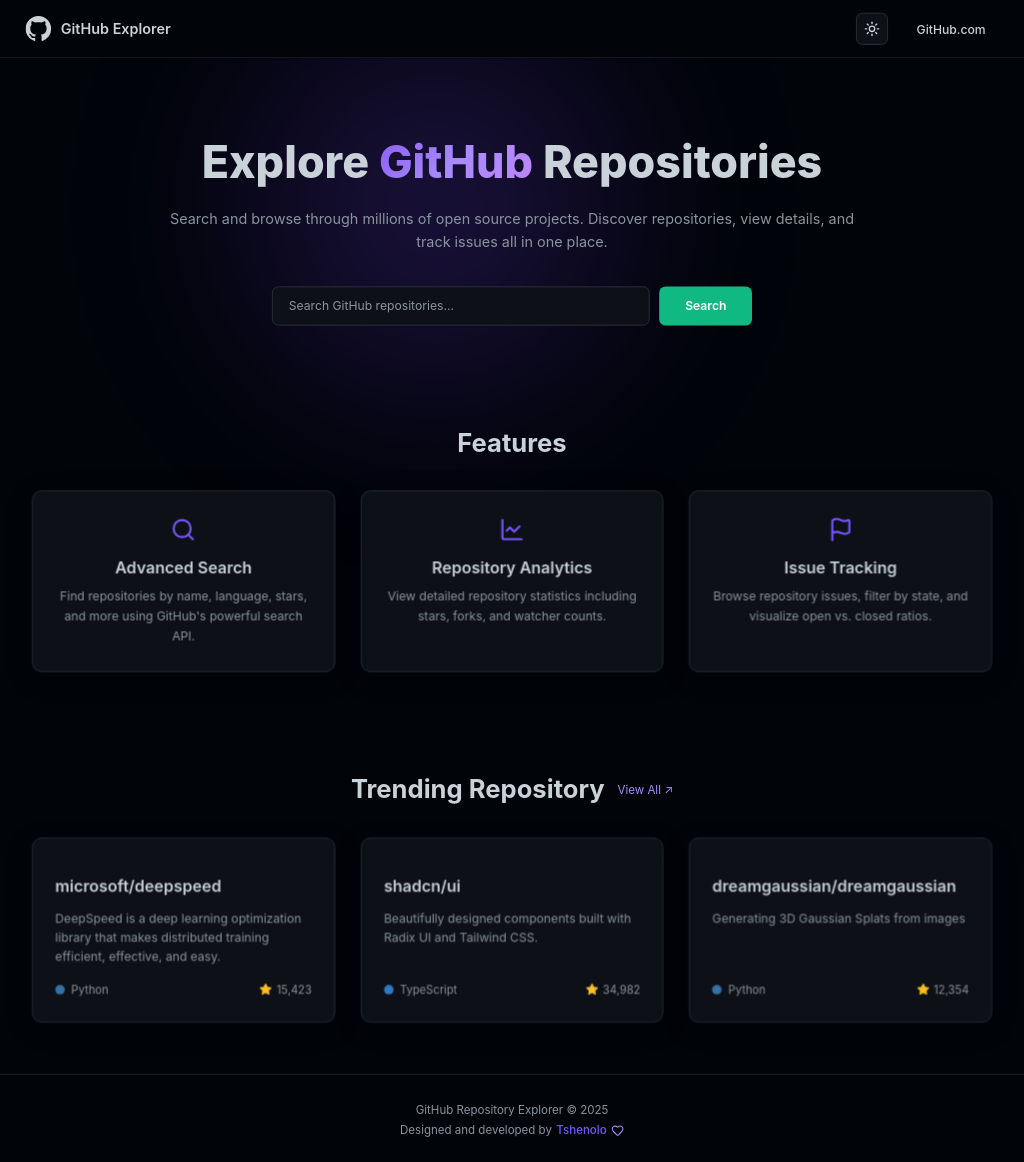
Repository: Tshenolo1994/username-repo
Page: /
An editor plug-in stored every save of this project. The page is shown before and after the next save, followed by the edit.
The browser window is 1280 px wide. The pictures show the whole page, at 80% of full size.
The project was rebuilt for these pictures with package versions that can differ from the ones it lists, and the page was loaded fresh each time. Also part of the build but not shown: vite.config.ts, src/views/RepoView.vue.

Above is the page before, as saved 2025-10-27 01:27:02.

### index.html
<!doctype html>
<html lang="en">
  <head>
    <meta charset="UTF-8" />
    <link rel="icon" type="image/svg+xml" href="/vite.svg" />
    <meta name="viewport" content="width=device-width, initial-scale=1.0" />
    <title>commit-explorer</title>
  </head>
  <body>
    <div id="app"></div>
    <script type="module" src="/src/main.ts"></script>
  </body>
</html>

### src/main.ts
import { createApp } from 'vue'
import { createPinia } from 'pinia'
import App from './App.vue'
import router from './router'
import './styles/theme.css'

createApp(App)
  .use(createPinia())
  .use(router)
  .mount('#app')

### src/App.vue
<!-- App.vue or Layout.vue -->
<script setup>
import Header from '@/components/Header.vue';
import Footer from '@/components/Footer.vue';
</script>

<template>
  <div id="app">
    <Header />
    <main>
      <router-view />
    </main>
    <Footer />
  </div>
</template>

### src/router/index.ts
import { createRouter, createWebHistory } from 'vue-router'
import HomeView from '@/views/HomeView.vue'
import RepoView from '@/views/RepoView.vue'

const router = createRouter({
  history: createWebHistory(),
  routes: [
    { path: '/', name: 'home', component: HomeView },
    { path: '/repos/:username', name: 'repos', component: RepoView, props: true },
  ],
  scrollBehavior: () => ({ top: 0 }),
})

export default router

### src/styles/theme.css
:root {
    /* Dark theme (default) */
    --bg: #010409;
    --bg-elev: #0d1117;
    --border: #30363d;
    --text: #c9d1d9;
    --muted: #8b949e;
    --button-bg: #161b22;
    --button-accent: #3fb950;
    --link: #7656FE;
    --error-text: #ff7b72;
    --error-bg: rgba(248, 81, 73, 0.1);
    --empty-state-bg: rgba(13, 17, 23, 0.5);
  }

  html, body, #app {
    margin: 0;
    padding: 0;
    background: var(--bg);
    color: var(--text);
    font-family: 'Inter', system-ui, -apple-system, BlinkMacSystemFont, 'Segoe UI', sans-serif;
    transition: background 0.3s ease, color 0.3s ease;
  }

  * {
    box-sizing: border-box;
  }

  h1, h2, h3, h4, h5, h6 {
    line-height: 1.2;
    margin: 0;
  }

  p {
    margin: 0.25rem 0 0;
  }

  a {
    color: var(--link);
    text-decoration: none;
  }

  button {
    font-family: inherit;
    border: none;
    outline: none;
  }

  input, textarea, select {
    font-family: inherit;
  }

  .card {
    background: var(--bg-elev);
    border: 1px solid var(--border);
    border-radius: 0.75rem;
    padding: 1rem;
    box-shadow: 0 1px 2px rgba(0, 0, 0, 0.15);
  }

### src/components/Header.vue
<script setup lang="ts">
import { Sun, Moon } from 'lucide-vue-next';
import { useTheme } from '@/composables/useTheme';

const { isDark, toggleTheme } = useTheme();
</script>

<template>
  <header class="header">
    <div class="header-content">
      <div class="logo">
        <svg width="32" height="32" viewBox="0 0 16 16" fill="currentColor">
          <path d="M8 0C3.58 0 0 3.58 0 8c0 3.54 2.29 6.53 5.47 7.59.4.07.55-.17.55-.38 0-.19-.01-.82-.01-1.49-2.01.37-2.53-.49-2.69-.94-.09-.23-.48-.94-.82-1.13-.28-.15-.68-.52-.01-.53.63-.01 1.08.58 1.23.82.72 1.21 1.87.87 2.33.66.07-.52.28-.87.51-1.07-1.78-.2-3.64-.89-3.64-3.95 0-.87.31-1.59.82-2.15-.08-.2-.36-1.02.08-2.12 0 0 .67-.21 2.2.82.64-.18 1.32-.27 2-.27.68 0 1.36.09 2 .27 1.53-1.04 2.2-.82 2.2-.82.44 1.1.16 1.92.08 2.12.51.56.82 1.27.82 2.15 0 3.07-1.87 3.75-3.65 3.95.29.25.54.73.54 1.48 0 1.07-.01 1.93-.01 2.2 0 .21.15.46.55.38A8.013 8.013 0 0016 8c0-4.42-3.58-8-8-8z"/>
        </svg>
        <span class="logo-text">GitHub Explorer</span>
      </div>

      <nav class="nav">
        <button @click="toggleTheme" class="theme-toggle" :aria-label="isDark ? 'Switch to light mode' : 'Switch to dark mode'">
          <Sun v-if="isDark" :size="20" />
          <Moon v-else :size="20" />
        </button>
        <a href="https://github.com" target="_blank" rel="noreferrer" class="github-link">
          GitHub.com
        </a>
      </nav>
    </div>
  </header>
</template>

<style scoped>
.header {
  background: var(--bg);
  border-bottom: 1px solid var(--border);
  padding: 1rem 2rem;
  position: sticky;
  top: 0;
  z-index: 100;
  backdrop-filter: blur(8px);
  transition: background 0.3s, border-color 0.3s;
}

.header-content {
  max-width: 1400px;
  margin: 0 auto;
  display: flex;
  justify-content: space-between;
  align-items: center;
}

.logo {
  display: flex;
  align-items: center;
  gap: 0.75rem;
  color: var(--text);
  font-weight: 600;
  font-size: 1.125rem;
  cursor: pointer;
  transition: color 0.2s;
}

.logo:hover {
  color: var(--link);
}

.logo svg {
  flex-shrink: 0;
}

.logo-text {
  font-weight: 600;
}

.nav {
  display: flex;
  align-items: center;
  gap: 1.25rem;
}

.theme-toggle {
  background: var(--bg-elev);
  border: 1px solid var(--border);
  border-radius: 8px;
  width: 40px;
  height: 40px;
  display: flex;
  align-items: center;
  justify-content: center;
  cursor: pointer;
  color: var(--text);
  transition: all 0.2s;
}

.theme-toggle:hover {
  background: var(--border);
  transform: rotate(15deg);
}

.github-link {
  color: var(--text);
  text-decoration: none;
  font-size: 0.95rem;
  font-weight: 500;
  padding: 0.5rem 1rem;
  border-radius: 6px;
  transition: all 0.2s;
}

.github-link:hover {
  color: var(--link);
  background: var(--bg-elev);
}

@media (max-width: 640px) {
  .header {
    padding: 1rem;
  }

  .logo-text {
    display: none;
  }
}
</style>

### src/components/Footer.vue
<script setup lang="ts">
import { Heart } from 'lucide-vue-next';

const currentYear = new Date().getFullYear();
</script>

<template>
  <footer class="footer">
    <div class="footer-content">
      <p class="footer-text">
        GitHub Repository Explorer © {{ currentYear }}
      </p>
      <p class="footer-credits">
        Designed and developed by <a href="#" class="footer-link">Tshenolo</a>
        <Heart :size="16" class="heart-icon" />
      </p>
    </div>
  </footer>
</template>

<style scoped>
.footer {
  background: var(--bg);
  border-top: 1px solid var(--border);
  padding: 2rem;
  margin-top: auto;
  transition: background 0.3s, border-color 0.3s;
}

.footer-content {
  max-width: 1400px;
  margin: 0 auto;
  text-align: center;
}

.footer-text {
  color: var(--muted);
  font-size: 0.9rem;
  margin-bottom: 0.5rem;
}

.footer-credits {
  color: var(--muted);
  font-size: 0.9rem;
  margin: 0;
  display: flex;
  align-items: center;
  justify-content: center;
  gap: 0.35rem;
}

.heart-icon {
  color: #a78bfa;
  fill: none;
}

.footer-link {
  color: var(--link);
  text-decoration: none;
  font-weight: 500;
  transition: opacity 0.2s;
}

.footer-link:hover {
  opacity: 0.8;
}

@media (max-width: 640px) {
  .footer {
    padding: 1.5rem 1rem;
  }

  .footer-text,
  .footer-credits {
    font-size: 0.85rem;
  }
}
</style>

### src/views/HomeView.vue
<script setup lang="ts">
import { ref } from "vue";
import { useRouter } from "vue-router";
import { Search, LineChart, Flag } from "lucide-vue-next";

// features data
const features = ref([
  {
    id: 1,
    icon: Search,
    title: "Advanced Search",
    description: "Find repositories by name, language, stars, and more using GitHub's powerful search API.",
  },
  {
    id: 2,
    icon: LineChart,
    title: "Repository Analytics",
    description: "View detailed repository statistics including stars, forks, and watcher counts.",
  },
  {
    id: 3,
    icon: Flag,
    title: "Issue Tracking",
    description: "Browse repository issues, filter by state, and visualize open vs. closed ratios.",
  },
]);

// sample trending repos
const trendingRepos = ref([
  {
    id: 1,
    name: "microsoft/deepspeed",
    stars: 15423,
    description:
      "DeepSpeed is a deep learning optimization library that makes distributed training efficient, effective, and easy.",
    language: "Python",
  },
  {
    id: 2,
    name: "shadcn/ui",
    stars: 34982,
    description:
      "Beautifully designed components built with Radix UI and Tailwind CSS.",
    language: "TypeScript",
  },
  {
    id: 3,
    name: "dreamgaussian/dreamgaussian",
    stars: 12354,
    description: "Generating 3D Gaussian Splats from images",
    language: "Python",
  },
]);

const router = useRouter();
const username = ref("");

function search() {
  if (username.value.trim()) {
    router.push(`/repos/${username.value.trim()}`);
  }
}

function getLangColor(lang: string): string {
  const colors: Record<string, string> = {
    JavaScript: "#f1e05a",
    TypeScript: "#3178c6",
    Python: "#3572A5",
    Java: "#b07219",
    Go: "#00ADD8",
    Ruby: "#701516",
  };
  return colors[lang] || "#6e7681";
}
</script>

<template>
  <div class="home-page">
    <div class="gradient-ball"></div>

    <!-- Hero Section -->
    <section class="hero">
      <div class="hero-content">
        <h1 class="hero-title">
          Explore <span class="gradient-text">GitHub</span> Repositories
        </h1>
        <p class="hero-sub">
          Search and browse through millions of open source projects. Discover
          repositories, view details, and track issues all in one place.
        </p>

        <div class="search-box">
          <input
            v-model="username"
            placeholder="Search GitHub repositories..."
            class="search-input"
          />
          <button @click="search" class="search-btn">Search</button>
        </div>
      </div>
    </section>

    <!-- Features -->
    <section class="section">
      <div class="section-header">
        <h2>Features</h2>
      </div>

      <div class="grid">
        <div
          v-for="feature in features"
          :key="feature.id"
          class="card glass"
        >
          <component :is="feature.icon" class="icon" :size="32" />
          <h3>{{ feature.title }}</h3>
          <p>{{ feature.description }}</p>
        </div>
      </div>
    </section>

    <!-- Trending -->
    <section class="section">
      <div class="section-header">
        <h2>Trending Repository</h2>
        <a
          href="https://github.com/trending"
          target="_blank"
          rel="noreferrer"
          class="view-all"
        >
          View All ↗
        </a>
      </div>

      <div class="grid">
        <div
          v-for="repo in trendingRepos"
          :key="repo.id"
          class="card glass repo-card"
        >
          <h3 class="repo-name">{{ repo.name }}</h3>
          <p class="repo-desc">{{ repo.description }}</p>
          <div class="repo-meta">
            <div class="lang">
              <span
                class="dot"
                :style="{ backgroundColor: getLangColor(repo.language) }"
              ></span>
              <span>{{ repo.language }}</span>
            </div>
            <div class="stars">
              <svg
                class="star"
                fill="currentColor"
                viewBox="0 0 16 16"
              >
                <path
                  d="M8 .25a.75.75 0 01.673.418l1.882 3.815 4.21.612a.75.75 0 01.416 1.279l-3.046 2.97.719 4.192a.75.75 0 01-1.088.791L8 12.347l-3.766 1.98a.75.75 0 01-1.088-.79l.72-4.194L.818 6.374a.75.75 0 01.416-1.28l4.21-.611L7.327.668A.75.75 0 018 .25z"
                />
              </svg>
              {{ repo.stars.toLocaleString() }}
            </div>
          </div>
        </div>
      </div>
    </section>
  </div>
</template>

<style scoped>
.home-page {
  background: var(--bg);
  color: var(--text);
  min-height: 100vh;
  width: 100%;
  overflow-x: hidden;
  position: relative;
  transition: background 0.3s, color 0.3s;
}

.gradient-ball {
  position: absolute;
  top: -100px;
  left: 50%;
  transform: translateX(-50%);
  width: 600px;
  height: 600px;
  border-radius: 50%;
  background: radial-gradient(circle at center, var(--link) 0%, rgba(124, 58, 237, 0.6) 30%, transparent 70%);
  opacity: 0.3;
  filter: blur(100px);
  z-index: 0;
  animation: float 15s ease-in-out infinite;
  transition: background 0.3s;
}

@keyframes float {
  0% {
    transform: translate(-50%, 0) scale(1);
  }
  25% {
    transform: translate(-80%, -40px) scale(1.2);
  }
  50% {
    transform: translate(-20%, 80px) scale(0.85);
  }
  75% {
    transform: translate(-70%, 30px) scale(1.15);
  }
  100% {
    transform: translate(-50%, 0) scale(1);
  }
}

/* Hero Section */
.hero {
  padding: 6rem 2rem 4rem;
  position: relative;
  z-index: 10;
}

.hero-content {
  max-width: 900px;
  margin: 0 auto;
  text-align: center;
}

.hero-title {
  font-size: 3.5rem;
  font-weight: 800;
  margin-bottom: 1.5rem;
  line-height: 1.2;
}

.gradient-text {
  background: linear-gradient(135deg, #8b5cf6 0%, #a78bfa 50%, #c084fc 100%);
  -webkit-background-clip: text;
  -webkit-text-fill-color: transparent;
  background-clip: text;
}

.hero-sub {
  color: var(--muted);
  font-size: 1.125rem;
  margin-bottom: 2.5rem;
  line-height: 1.6;
}

.search-box {
  display: flex;
  justify-content: center;
  gap: 0.75rem;
  max-width: 600px;
  margin: 0 auto;
}

.search-input {
  padding: 0.875rem 1.25rem;
  border-radius: 8px;
  flex: 1;
  background: var(--bg-elev);
  color: var(--text);
  border: 1px solid var(--border);
  font-size: 0.95rem;
  transition: all 0.2s;
}

.search-input:focus {
  outline: none;
  border-color: var(--link);
  background: var(--bg-elev);
}

.search-input::placeholder {
  color: var(--muted);
}

.search-btn {
  background: #10b981;
  color: white;
  padding: 0.875rem 2rem;
  border-radius: 8px;
  font-weight: 600;
  cursor: pointer;
  border: none;
  font-size: 0.95rem;
  transition: all 0.2s;
}

.search-btn:hover {
  background: #059669;
  transform: translateY(-1px);
}

/* Shared Section Styling */
.section {
  padding: 4rem 2rem;
  position: relative;
  z-index: 10;
}

.section-header {
  display: flex;
  align-items: center;
  justify-content: center;
  gap: 1rem;
  margin-bottom: 2.5rem;
}

.section-header h2 {
  font-size: 2rem;
  font-weight: 700;
  color: var(--text);
}

.view-all {
  color: #a78bfa;
  font-size: 0.9rem;
  text-decoration: none;
  display: flex;
  align-items: center;
  gap: 0.25rem;
  transition: all 0.2s;
}

.view-all:hover {
  color: #c084fc;
  transform: translateX(2px);
}

/* Grid + Cards */
.grid {
  display: grid;
  grid-template-columns: repeat(3, 1fr);
  gap: 2rem;
  max-width: 1200px;
  margin: 0 auto;
}

@media (max-width: 980px) {
  .grid {
    grid-template-columns: 1fr;
  }
  .hero-title {
    font-size: 2.5rem;
  }
}

.card {
  padding: 2rem 1.75rem;
  border-radius: 12px;
  text-align: center;
  transition: all 0.3s ease;
}

.card:hover {
  transform: translateY(-6px);
}

/* Glass look */
.glass {
  background: var(--bg-elev);
  border: 1px solid var(--border);
  backdrop-filter: blur(12px);
  box-shadow: 0 8px 32px rgba(0, 0, 0, 0.3);
}

.card h3 {
  font-size: 1.25rem;
  font-weight: 600;
  margin: 1rem 0 0.75rem;
  color: var(--text);
}

.card p {
  color: var(--muted);
  font-size: 0.95rem;
  line-height: 1.6;
}

.icon {
  color: var(--link);
  margin: 0 auto;
}

/* Trending Repo cards */
.repo-card {
  text-align: left;
  display: flex;
  flex-direction: column;
}

.repo-name {
  color: var(--link);
  font-weight: 600;
  font-size: 1.1rem;
  margin: 0 0 0.75rem 0;
  transition: color 0.2s;
  min-height: 1.5rem;
}

.repo-card:hover .repo-name {
  color: var(--link);
  opacity: 0.8;
}

.repo-desc {
  color: var(--muted);
  font-size: 0.9rem;
  margin-bottom: 1.25rem;
  line-height: 1.5;
  flex: 1;
  min-height: 3rem;
}

.repo-meta {
  display: flex;
  justify-content: space-between;
  align-items: center;
  font-size: 0.875rem;
  color: var(--muted);
  margin-top: auto;
}

.lang {
  display: flex;
  align-items: center;
}

.dot {
  display: inline-block;
  width: 12px;
  height: 12px;
  border-radius: 50%;
  margin-right: 0.5rem;
}

.stars {
  display: flex;
  align-items: center;
  gap: 0.35rem;
}

.star {
  width: 16px;
  height: 16px;
  color: #fbbf24;
}
</style>

### src/composables/useTheme.ts
import { ref, onMounted, watch } from 'vue';

export const darkTheme = {
  background: '#010409',
  surface: '#0d1117',
  border: '#30363d',
  text: '#c9d1d9',
  secondaryText: '#8b949e',
  buttonBg: '#161b22',
  buttonAccent: '#3fb950',
  linkColor: '#7656FE',
  errorText: '#ff7b72',
  errorBackground: 'rgba(248, 81, 73, 0.1)',
  emptyStateBackground: 'rgba(13, 17, 23, 0.5)',
};

export const lightTheme = {
  background: '#f6f6f6',
  surface: '#fbfefb',
  border: '#d0d7de',
  text: '#24292f',
  secondaryText: '#57606a',
  buttonBg: '#f6f8fa',
  buttonAccent: '#3fb950',
  linkColor: '#7656FE',
  errorText: '#cf222e',
  errorBackground: 'rgba(248, 81, 73, 0.05)',
  emptyStateBackground: 'rgba(246, 248, 250, 0.5)',
};

type Theme = typeof darkTheme;

const isDark = ref(true);

export function useTheme() {
  const theme = ref<Theme>(darkTheme);

  const applyTheme = (themeObj: Theme) => {
    const root = document.documentElement;
    root.style.setProperty('--bg', themeObj.background);
    root.style.setProperty('--bg-elev', themeObj.surface);
    root.style.setProperty('--border', themeObj.border);
    root.style.setProperty('--text', themeObj.text);
    root.style.setProperty('--muted', themeObj.secondaryText);
    root.style.setProperty('--button-bg', themeObj.buttonBg);
    root.style.setProperty('--button-accent', themeObj.buttonAccent);
    root.style.setProperty('--link', themeObj.linkColor);
    root.style.setProperty('--error-text', themeObj.errorText);
    root.style.setProperty('--error-bg', themeObj.errorBackground);
    root.style.setProperty('--empty-state-bg', themeObj.emptyStateBackground);
  };

  const toggleTheme = () => {
    isDark.value = !isDark.value;
    theme.value = isDark.value ? darkTheme : lightTheme;
    applyTheme(theme.value);
    localStorage.setItem('theme', isDark.value ? 'dark' : 'light');
  };

  const initTheme = () => {
    const savedTheme = localStorage.getItem('theme');
    if (savedTheme) {
      isDark.value = savedTheme == 'dark';
    } else {
      isDark.value = true;
    }
    theme.value = isDark.value ? darkTheme : lightTheme;
    applyTheme(theme.value);
  };

  onMounted(() => {
    initTheme();
  });

  return {
    isDark,
    theme,
    toggleTheme,
  };
}

After the next save:
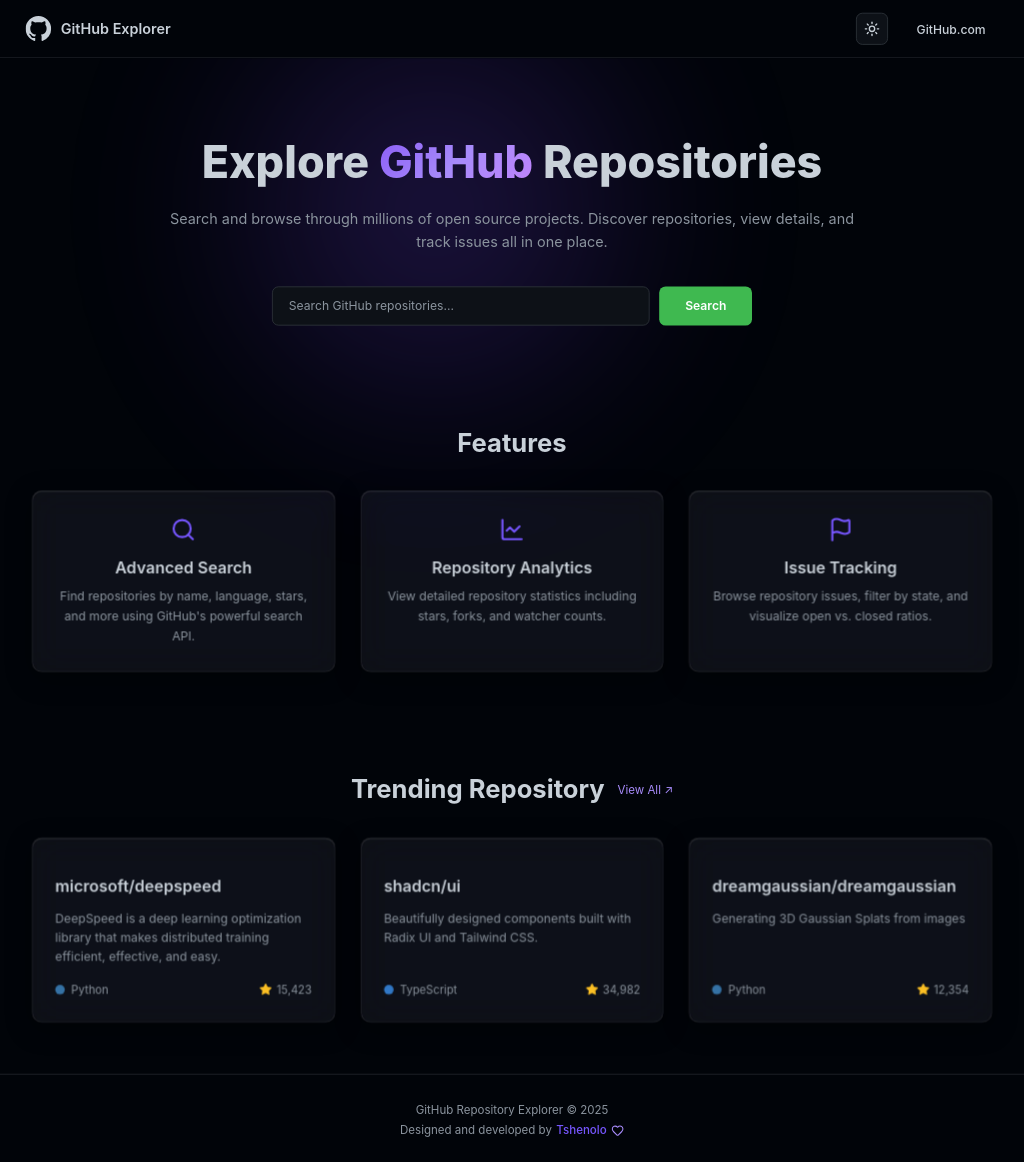
Saved 54 s later.
--- a/src/views/HomeView.vue
+++ b/src/views/HomeView.vue
@@ -277,7 +277,7 @@
 }
 
 .search-btn {
-  background: #10b981;
+  background: var(--button-accent);
   color: white;
   padding: 0.875rem 2rem;
   border-radius: 8px;
@@ -289,7 +289,7 @@
 }
 
 .search-btn:hover {
-  background: #059669;
+  background: #2ea043;
   transform: translateY(-1px);
 }
 
@@ -360,10 +360,34 @@
 
 /* Glass look */
 .glass {
-  background: var(--bg-elev);
-  border: 1px solid var(--border);
-  backdrop-filter: blur(12px);
-  box-shadow: 0 8px 32px rgba(0, 0, 0, 0.3);
+  background: rgba(255, 255, 255, 0.05);
+  border: 1px solid rgba(255, 255, 255, 0.1);
+  backdrop-filter: blur(20px) saturate(180%);
+  box-shadow: 0 8px 32px rgba(0, 0, 0, 0.4),
+              inset 0 1px 0 rgba(255, 255, 255, 0.1);
+  transition: all 0.3s ease;
+}
+
+[data-theme="light"] .glass {
+  background: rgba(255, 255, 255, 0.7);
+  border: 1px solid rgba(255, 255, 255, 0.3);
+  backdrop-filter: blur(20px) saturate(180%);
+  box-shadow: 0 8px 32px rgba(0, 0, 0, 0.1),
+              inset 0 1px 0 rgba(255, 255, 255, 0.5);
+}
+
+.glass:hover {
+  background: rgba(255, 255, 255, 0.08);
+  border: 1px solid rgba(255, 255, 255, 0.15);
+  box-shadow: 0 12px 40px rgba(0, 0, 0, 0.5),
+              inset 0 1px 0 rgba(255, 255, 255, 0.15);
+}
+
+[data-theme="light"] .glass:hover {
+  background: rgba(255, 255, 255, 0.85);
+  border: 1px solid rgba(255, 255, 255, 0.4);
+  box-shadow: 0 12px 40px rgba(0, 0, 0, 0.15),
+              inset 0 1px 0 rgba(255, 255, 255, 0.6);
 }
 
 .card h3 {
